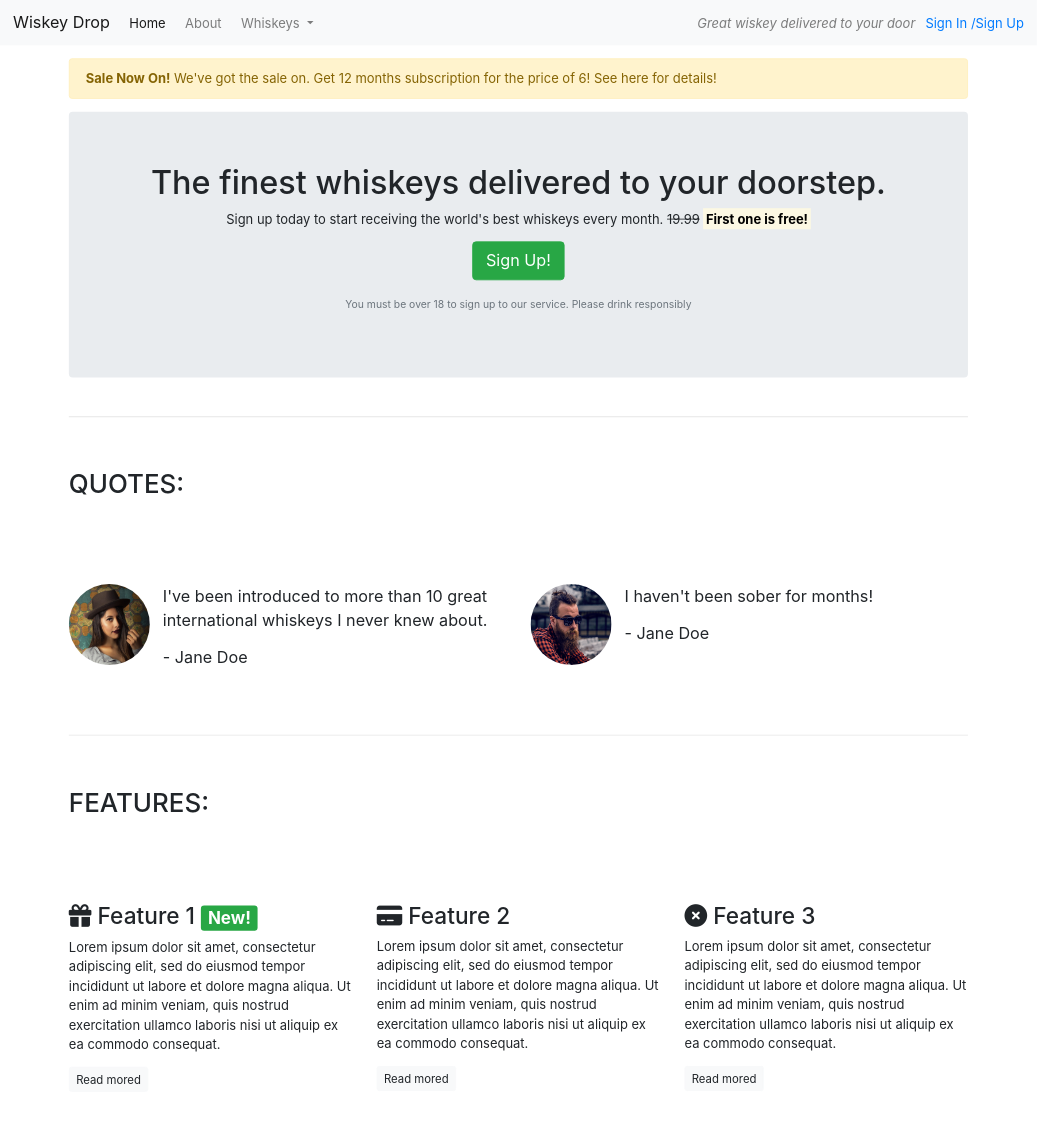
Repository: manub7/bootstrap4-mobile-first
Page: index.html
The author's editor kept a record of every edit. The page is drawn from the files as they stood at one moment, then again after the next edit.
The browser window is 1280 px wide. The pictures show the whole page, at 81% of full size.
Some web libraries are served in a nearby version.

Above is the page before.

### index.html
<!DOCTYPE html>
<html lang="en-us">

<head>
    <meta charset="utf-8">
    <meta name="viewport" content="width=device-width, initial-scale=1.0">
    <title>Whiskey Drop | Taste a new whiskey every month</title>
    <link rel="stylesheet" href="https://maxcdn.bootstrapcdn.com/bootstrap/4.1.3/css/bootstrap.min.css">
    <link rel="stylesheet" href="https://stackpath.bootstrapcdn.com/bootstrap/4.4.1/css/bootstrap.min.css" integrity="sha384-Vkoo8x4CGsO3+Hhxv8T/Q5PaXtkKtu6ug5TOeNV6gBiFeWPGFN9MuhOf23Q9Ifjh" crossorigin="anonymous">
    <script src="https://kit.fontawesome.com/0c0aa31012.js" crossorigin="anonymous"></script>
</head>

<body>
    <nav class="navbar navbar-light bg-light navbar-expand-sm ">

        <a href="/" class="navbar-brand">Wiskey Drop</a>
        <button class="navbar-toggler ml-auto" type="button" data-toggle="collapse" data-target="#navbarNavDropdown" aria-controls="navbarNavDropdown" aria-expanded="false" aria-label="Toggle navigation">
        <span class="navbar-toggler-icon"></span></button>

        <div class="collapse navbar-collapse" id="navbarNavDropdown">
            <ul class="navbar-nav mr-auto">
                <li class="active nav-item mr-2"><a class="nav-link" href="/">Home</a></li>
                <li class="nav-item mr-2"><a class="nav-link" href="/about">About</a></li>
                <li class="nav-item dropdown">
                    <a class="nav-link dropdown-toggle" href="#" id="navbarDropdownMenuLink" role="button" data-toggle="dropdown" aria-haspopup="true" aria-expanded="false">
            Whiskeys
        </a>
                    <div class="dropdown-menu" aria-labelledby="navbarDropdownMenuLink">
                        <a class="dropdown-item" href="#">Irish</a>
                        <a class="dropdown-item" href="#">Scotch</a>
                        <a class="dropdown-item" href="#">Japanese</a>
                        <a class="dropdown-item" href="#">American</a>
                    </div>
                </li>

                <li class="nav-item mr-2 d-block d-sm-none"><a class="nav-link" href="">Sign In / Sign Up</a></li>
            </ul>
        </div>

        <div class="d-none d-md-block">
            <p class="navbar-text my-auto mr-2"><i>Great wiskey delivered to your door</i></p>
            <a href="/login">Sign In /Sign Up</a>

        </div>

    </nav>
    <article class="container mt-3">
        <div class="row d-none d-sm-block">
            <div class="col-12">
                <div class="alert alert-warning">
                    <strong>Sale Now On!</strong> We've got the sale on. Get 12 months subscription for the price of 6!
                    <a ref="">See here for details!</a>
                </div>
            </div>
        </div>
        <!-- Callout -->
        <div class="row">
            <div class="col-12">
                <section class="callout jumbotron text-center">
                    <h1>The finest whiskeys delivered to your doorstep.</h1>
                    <p clas="lead">Sign up today to start receiving the world's best whiskeys every month.
                        <s class="d-none d-sm-inline">19.99</s>
                        <span class="d-inline d-sm-none"><br></span>
                        <strong><mark> First one is free!</mark></strong></p>
                    <p><button class="btn btn-lg btn-success" data-toggle="modal" data-target="#signUpModal">Sign Up!</button></p>
                    <p class="text-muted"><small> You must be over 18 to sign up to our service. Please drink responsibly </small></p>
                </section>
            </div>
        </div>

        <!-- /.callout -->
        <hr>

        <!-- Quotes -->
        <section class="quotes">
            <div class="row">
                <div class="col-12 my-5">
                    <h2 class="text-uppercase">Quotes:</h2>
                </div>
            </div>
            <div class="row">
                <div class="col-12 col-md-6 my-5">
                    <div class="media">
                        <div class="d-none d-sm-block">
                            <img src="images/girl-image.png" class="rounded-circle  mr-3" height=100 width=100>
                        </div>
                        <div class="media-body">
                            <blockquote class="blockquote">
                                <p>I've been introduced to more than 10 great international whiskeys I never knew about.</p>
                                <p>- Jane Doe</p>
                            </blockquote>
                        </div>
                    </div>
                </div>

                <div class="col-12 col-md-6 my-5">
                    <div class="media">
                        <div class="d-none d-sm-block">
                            <img src="images/guy-image.png" class="rounded-circle mr-3" height=100 width=100>
                        </div>
                        <div class="media-body">
                            <blockquote class="blockquote">
                                <p>I haven't been sober for months!</p>
                                <p>- Jane Doe</p>
                                </blockquotes>
                        </div>
                    </div>
                </div>
            </div>

        </section>
        <!-- /.quotes -->
        <hr>

        <!-- Features -->
        <section class="features">
            <div class="row">
                <div class="col-12 my-5">
                    <h2 class="text-uppercase">Features:</h2>
                </div>
            </div>

            <div class="row">
                <div class="col-12 col-md-6 col-lg-4 my-5">
                    <div class="feature">
                        <h3><i class="fas fa-gift d-none d-sm-inline"></i> Feature 1 <span class="badge badge-success">New!</span></h3>
                        <p>Lorem ipsum dolor sit amet, consectetur adipiscing elit, sed do eiusmod tempor incididunt ut labore et dolore magna aliqua. Ut enim ad minim veniam, quis nostrud exercitation ullamco laboris nisi ut aliquip ex ea commodo consequat.</p>
                        <p><a class="btn btn-sm btn-light">Read mored</a></p>
                    </div>
                </div>


                <div class="col-12 col-md-6 col-lg-4 my-5">
                    <div class="feature">
                        <h3><i class="fas fa-credit-card d-none d-sm-inline"></i> Feature 2</h3>
                        <p>Lorem ipsum dolor sit amet, consectetur adipiscing elit, sed do eiusmod tempor incididunt ut labore et dolore magna aliqua. Ut enim ad minim veniam, quis nostrud exercitation ullamco laboris nisi ut aliquip ex ea commodo consequat.</p>
                        <p><a class="btn btn-sm btn-light">Read mored</a></p>
                    </div>
                </div>


                <div class="col-12 d-md-none d-lg-block col-lg-4 my-5">
                    <div class="feature">
                        <h3><i class="fas fa-times-circle d-none d-sm-inline"></i> Feature 3</h3>
                        <p>Lorem ipsum dolor sit amet, consectetur adipiscing elit, sed do eiusmod tempor incididunt ut labore et dolore magna aliqua. Ut enim ad minim veniam, quis nostrud exercitation ullamco laboris nisi ut aliquip ex ea commodo consequat.</p>
                        <p><a class="btn btn-sm btn-light">Read mored</a></p>
                    </div>
                </div>
            </div>

        </section>
        <!-- /.features -->
    </article>

    <!-- /Modla dialog -->

     <div class="modal" tabindex="-1" role="dialog" id="signUpModal">
        <div class="modal-dialog" role="document">
            <div class="modal-content">
                <div class="modal-header">
                    <h5 class="modal-title">Sign Up To Whiskey Drop!</h5>
                    <button type="button" class="close" data-dismiss="modal" aria-label="Close">
          <span aria-hidden="true">&times;</span>
        </button>
                </div>
                <div class="modal-body">
                    <form>
                        <div class="form-group">
                            <label for="exampleInputEmail1">Email address</label>
                            <input type="email" class="form-control" id="exampleInputEmail1" aria-describedby="emailHelp" placeholder="Enter email">
                            <small id="emailHelp" class="form-text text-muted">We'll never share your email with anyone else.</small>
                        </div>
                        <div class="form-group">
                            <label for="password">Password</label>
                            <input type="password" class="form-control" id="password" placeholder="Password">
                        </div>
                        <div class="form-group">
                            <label for="repeatPassword">Repeat Password</label>
                            <input type="password" class="form-control" id="repeatPassword" placeholder="Repeat Password">
                        </div>
                        <button type="submit" class="btn btn-success">Submit</button>
                    </form>
                </div>
            </div>
        </div>
    </div>


    <script src="https://code.jquery.com/jquery-3.4.1.slim.min.js" integrity="sha384-J6qa4849blE2+poT4WnyKhv5vZF5SrPo0iEjwBvKU7imGFAV0wwj1yYfoRSJoZ+n" crossorigin="anonymous"></script>
    <script src="https://cdn.jsdelivr.net/npm/popper.js@1.16.0/dist/umd/popper.min.js" integrity="sha384-Q6E9RHvbIyZFJoft+2mJbHaEWldlvI9IOYy5n3zV9zzTtmI3UksdQRVvoxMfooAo" crossorigin="anonymous"></script>
    <script src="https://stackpath.bootstrapcdn.com/bootstrap/4.4.1/js/bootstrap.min.js" integrity="sha384-wfSDF2E50Y2D1uUdj0O3uMBJnjuUD4Ih7YwaYd1iqfktj0Uod8GCExl3Og8ifwB6" crossorigin="anonymous"></script>
</body>

</html>

### css/style.css
body {
    font-family: 'Roboto', sans-serif;
}

.alert-container {}

.callout-container {
    height: 100vh;
    background: url(../images/wiskey-background.jpg) no-repeat bottom right fixed;
    -webkit-background-size: cover;
    -moz-background-size: cover;
    -o-background-size: cover;
    background-size: cover;
}

.quotes-container {}

.features-container {}

.

After the next edit:
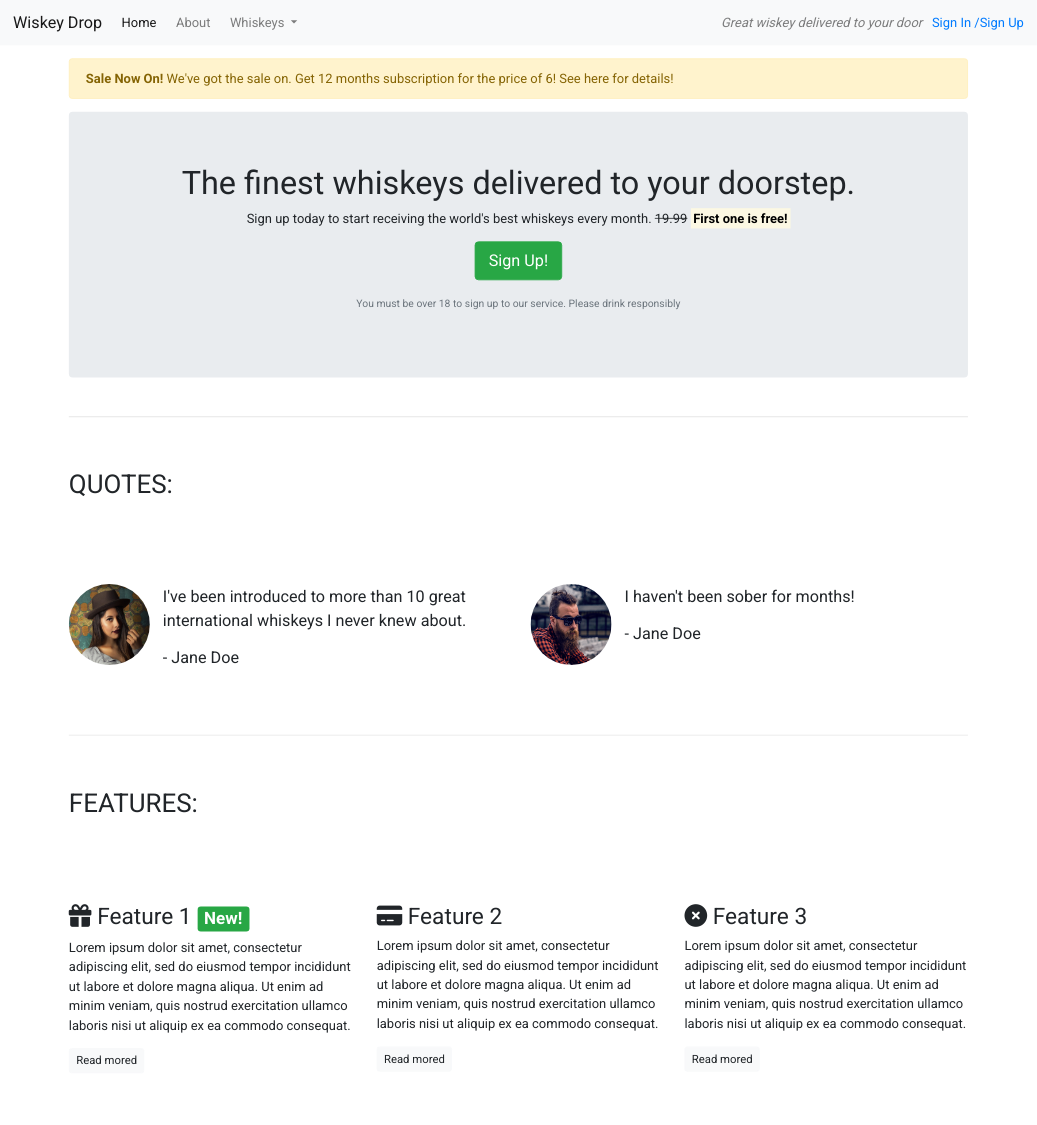
The edit:
--- a/index.html
+++ b/index.html
@@ -8,6 +8,8 @@
     <link rel="stylesheet" href="https://maxcdn.bootstrapcdn.com/bootstrap/4.1.3/css/bootstrap.min.css">
     <link rel="stylesheet" href="https://stackpath.bootstrapcdn.com/bootstrap/4.4.1/css/bootstrap.min.css" integrity="sha384-Vkoo8x4CGsO3+Hhxv8T/Q5PaXtkKtu6ug5TOeNV6gBiFeWPGFN9MuhOf23Q9Ifjh" crossorigin="anonymous">
     <script src="https://kit.fontawesome.com/0c0aa31012.js" crossorigin="anonymous"></script>
+    <link href="https://fonts.googleapis.com/css?family=Roboto:400,700&display=swap" rel="stylesheet">
+    <link rel="stylesheet" href="css/style.css" type="text/css" />
 </head>
 
 <body>
